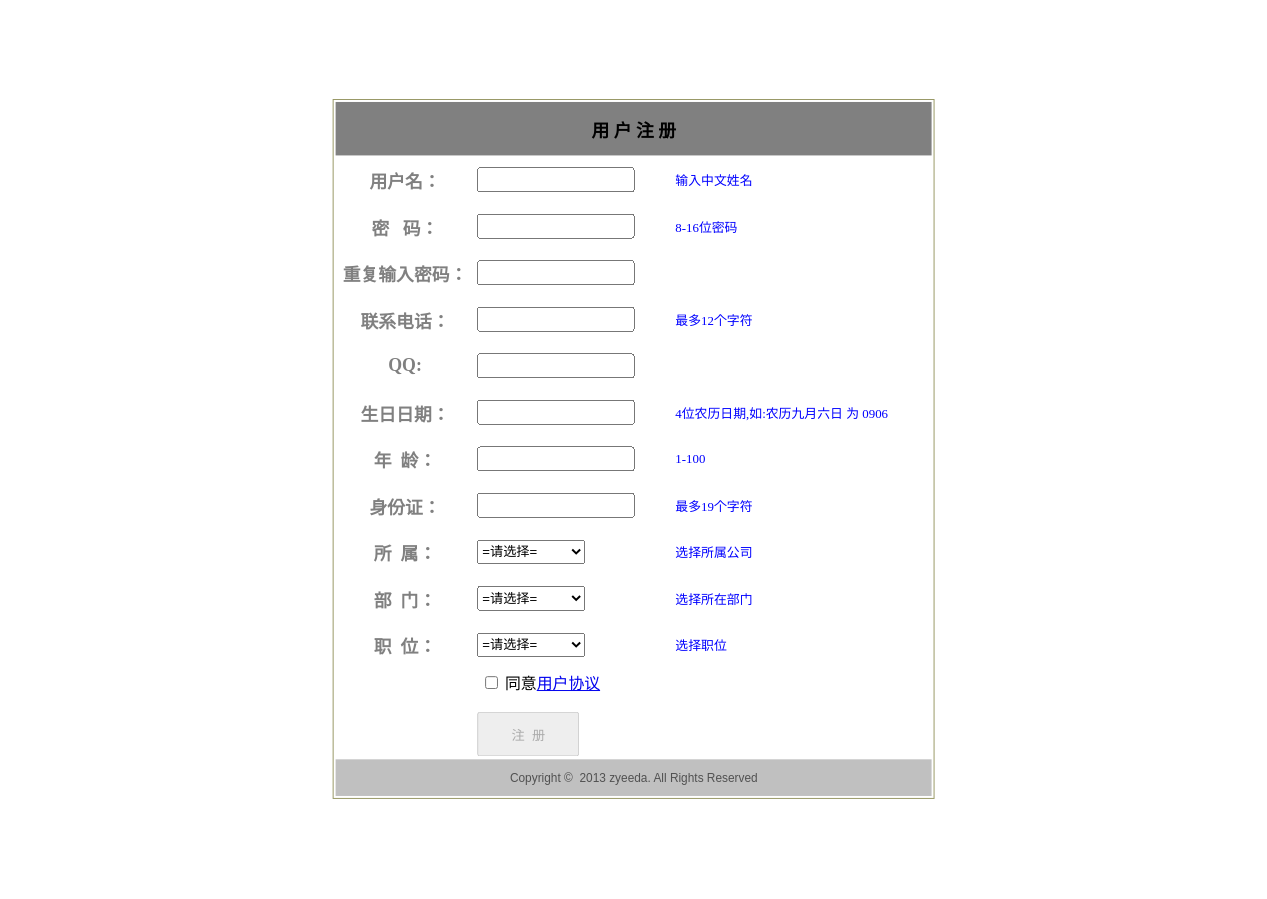
Repository: 728064001/MyProject
Page: http://localhost/CMS/register.jsp
An editor plug-in stored every save of this project. The page is shown before and after the next save, followed by the edit.
The browser window is 1280 px wide. The pictures show the whole page, at 99% of full size.
The page is served by Tomcat 9. Other server files are loaded and not shown. Queries for data that is not in the repository find no rows.

Above is the page before, as saved 2013-07-24 10:27:27.

### cms-server-code/CMS/WebRoot/register.jsp
<%@ page language="java" import="java.util.*,com.haolei.dao.CompanyNameListDAO,com.haolei.dao.DepNameListDAO,com.haolei.dao.PostNameListDAO" pageEncoding="UTF-8"%>
<%
String path = request.getContextPath();
String basePath = request.getScheme()+"://"+request.getServerName()+":"+request.getServerPort()+path+"/";
%>

<!DOCTYPE HTML PUBLIC "-//W3C//DTD HTML 4.01 Transitional//EN">
<html>
  <head>
    <base href="<%=basePath%>">

    <title>用户注册</title>

	<meta http-equiv="pragma" content="no-cache">
	<meta http-equiv="cache-control" content="no-cache">
	<meta http-equiv="expires" content="0">
	<meta http-equiv="keywords" content="keyword1,keyword2,keyword3">
	<meta http-equiv="description" content="This is my page">

	<link rel="stylesheet" type="text/css" href="css/register.css">
 </head>
<body onload="int()">

<table border="0" ellpadding="0" cellspacing="0" style="width: 100%; height: 670px">
	<tr>
		<td style="width: 379px; height: 99px"></td>
		<td style="width: 660px; height: 99px"></td>
		<td style="height: 99px; width: 379px;"></td>
	</tr>
	<tr>

		<td style="height: 238px; width: 379px">
		&nbsp;</td>
		<td style="height: 238px; width: 660px" align="left" valign="top">
		<form id="form" method="post">
		<table border="0" ellspacing="0" class="main-table-style" style="width: 100%; height: 100%">
			<tr bgcolor="#808080">
				<td colspan="3" style="height: 54px; text-align: center" class="table-head-style">
				<strong>用 户 注 册</strong></td>
			</tr>
			<tr>
				<td style="text-align: center; width: 138px; height: 45px;" class="username-style">
				<strong>用户名：</strong></td>
				<td style="height: 45px; width: 196px">
				<input name="username" id="username" type="text" style="width: 159px; height: 25px" onblur="userInputOnblur()" />
				</td>
				<td style="height: 45px" class="tagtip-style" id="usernametip">输入中文姓名</td>
			</tr>
			<tr>
				<td class="tagname-style" style="width: 138px; height: 45px;"><strong>密&nbsp;&nbsp; 码：</strong></td>
				<td style="height: 45px; width: 196px">
				<input name="password" id="password" type="password" style="width: 159px; height: 25px" onblur="passwordInputOnblur()" /></td>
				<td style="height: 45px" class="tagtip-style" id="passwordtip">8-16位密码</td>
			</tr>
			<tr>
				<td class="tagname-style" style="width: 138px; height: 45px;"><strong>重复输入密码：</strong></td>
				<td style="height: 45px; width: 196px">
				<input name="repeatpassword" id="repeatpassword" type="password" style="width: 159px; height: 25px" onblur="repeatPasswordInputOnblur()"/></td>
				<td style="height: 45px" class="tagtip-style" id="repeatpasswordtip">&nbsp;</td>
			</tr>
			<tr>
				<td class="tagname-style" style="width: 138px; height: 45px;"><strong>联系电话：</strong></td>
				<td style="height: 45px; width: 196px">
				<input name="tel" id="tel" type="text" style="width: 159px; height: 25px" onblur="telInputOnblur()" /></td>
				<td style="height: 45px" class="tagtip-style" id="teltip">最多12个字符</td>
			</tr>
			<tr>
				<td class="tagname-style" style="width: 138px; height: 45px;"><strong>QQ:</strong></td>
				<td style="height: 45px; width: 196px">
				<input name="qq" id="qq" type="text" style="width: 159px; height: 25px" onblur="qqInputOnblur()" /></td>
				<td style="height: 45px" class="tagtip-style" id="qqtip">&nbsp;</td>
			</tr>
			<tr>
				<td class="tagname-style" style="width: 138px; height: 45px;"><strong>生日日期：</strong></td>
				<td style="height: 45px; width: 196px">
				<input name="brithday" id="brithday" type="text" style="width: 159px; height: 25px" onblur="brithdayInputOnblur()"/></td>
				<td style="height: 45px" class="tagtip-style" id="brithdaytip">4位农历日期,如:农历九月六日 为 0906</td>
			</tr>
			<tr>
				<td class="tagname-style" style="width: 138px; height: 45px;"><strong>年&nbsp; 龄：</strong></td>
				<td style="height: 45px; width: 196px">
				<input name="age" id="age" type="text" style="width: 159px; height: 25px" onblur="ageInputOnblur()" /></td>
				<td style="height: 45px" class="tagtip-style" id="agetip">1-100</td>
			</tr>
			<tr>
				<td class="tagname-style" style="width: 138px; height: 45px;"><strong>身份证：</strong></td>
				<td style="height: 45px; width: 196px">
				<input name="card" id="card" type="text" style="width: 159px; height: 25px" onblur="cardInputOnblur()" /></td>
				<td style="height: 45px" class="tagtip-style" id="cardtip">最多19个字符</td>
			</tr>
			<tr>
				<td class="tagname-style" style="width: 138px; height: 45px;"><strong>所&nbsp;
				属：</strong></td>
				<td style="height: 45px; width: 196px">
					<select name="comp" id="comp" style="width: 109px; height: 25px" onblur="componblur()" >
					<option value="=请选择=">=请选择=</option>
					<%
					CompanyNameListDAO companynamelistdao = new CompanyNameListDAO();
					List companynamelist = companynamelistdao.returnCompanyNameList();
					%>
					<%
						for(int i=0;i<companynamelist.size();i++){
					%>
					<option><%=companynamelist.get(i) %></option>
					<%}%>
					</select></td>
				<td style="height: 45px" class="tagtip-style" id="comptip">选择所属公司</td>
			</tr>
			<tr>
				<td class="tagname-style" style="width: 138px; height: 45px;"><strong>部&nbsp; 门：</strong></td>
				<td style="height: 45px; width: 196px" align="left" valign="middle">
					<select name="dep" id="dep" style="width: 109px; height: 25px" onblur="deponblur()">
					<option value="=请选择=">=请选择=</option>
					<%
					DepNameListDAO depnamelistdao = new DepNameListDAO();
					List depnamelist = depnamelistdao.returnDepNameList();
					%>
					<%
						for(int x=0;x<depnamelist.size();x++){
					%>
					<option><%=depnamelist.get(x) %></option>
					<%}%>
					</select>
				</td>
				<td style="height: 45px" class="tagtip-style" id="deptip">选择所在部门</td>
			</tr>
			<tr>
				<td class="tagname-style" style="width: 138px; height: 45px;"><strong>职&nbsp; 位：</strong></td>
				<td style="height: 45px; width: 196px">
				<select name="post" id="post" style="width: 109px; height: 25px" onblur="postonblur()">
				<option value="=请选择=">=请选择=</option>
				<%
					PostNameListDAO postnamelistdao = new PostNameListDAO();
					List postNameList = postnamelistdao.returnPostNameList();
					int postNameListLength = postNameList.size();
				%>
				<%
					for(int o = 0;o<postNameListLength;o++){
				%>
				<option><%=postNameList.get(o)%></option>
				<%}%>
				</select></td>
				<td style="height: 45px" class="tagtip-style" id="posttip">选择职位</td>
			</tr>
			<tr>
				<td class="td-font-style" style="width: 138px; height: 88px;"></td>
				<td style="height: 88px; width: 196px"><span>&nbsp;<input name="xieyi" id="xieyi" type="checkbox" onchange="checkboxonchange()" />
				<span class="style9">同意</span><a href="xieyi.html" target="_blank"><span class="style9">用户协议</span></a><span class="style9">&nbsp;
				</span>				</span><br/><br/>
					<input name="regist" id="regbut" type="submit" value="注  册" style="width: 103px; height: 45px" onclick="return register()"/>	</td>
				<td style="height: 88px" valign="bottom">&nbsp;</td>
			</tr>
			<tr>
				<td class="td-font-style" style="height: 37px;" colspan="3" bgcolor="#C0C0C0">
		<span style="color: rgb(81, 81, 81); font-family: Arial; font-size: 12px; font-style: normal; font-variant: normal; font-weight: normal; letter-spacing: normal; line-height: 24px; orphans: 2; text-align: center; text-indent: 0px; text-transform: none; white-space: normal; widows: 2; word-spacing: 0px; -webkit-text-size-adjust: auto; -webkit-text-stroke-width: 0px; display: inline !important; float: none;">
		Copyright ©&nbsp; 2013 zyeeda. All Rights Reserved</span></td>
			</tr>
		</table>
		</form>
		</td>
		<td style="height: 238px; width: 379px;"></td>
	</tr>
	<tr>
		<td style="width: 379px; height: 84px;"></td>
		<td style="width: 660px; height: 84px;"></td>
		<td style="height: 84px; width: 379px;"></td>
	</tr>
</table>
<script type="text/javascript" src="js/register.js"></script>
</body>
</html>

### cms-server-code/CMS/src/com/haolei/dao/CompanyNameListDAO.java
package com.haolei.dao;

import java.sql.Connection;
import java.sql.PreparedStatement;
import java.sql.ResultSet;
import java.util.ArrayList;
import java.util.List;

import com.haolei.entity.Company;

public class CompanyNameListDAO {

	public List returnCompanyNameList(){
		Connection conn = Dbconn.getconn();
		PreparedStatement pstm = null;
		ResultSet res = null;
		Company company = null;
		List companyList = new ArrayList();
		String queryCompanyNameStr = "select companyname from company_tab";
		try{
			pstm = conn.prepareStatement(queryCompanyNameStr);
			res = pstm.executeQuery();
			while(res.next()){
				company = new Company();
				company.setCompanyName(res.getString(1));
				companyList.add(company.getCompanyName());
			}
		}catch(Exception e){
			e.printStackTrace();
		}finally{
			Dbconn.closeALL(conn, pstm, res);
		}


		return companyList;
	}
	/**
	 *
	 * @param test
	 */
	public static void main(String[] args) {
		CompanyNameListDAO dnyd = new CompanyNameListDAO();
		List li = dnyd.returnCompanyNameList();
		System.out.println(li.get(0));
	}
}

### cms-server-code/CMS/src/com/haolei/dao/Dbconn.java
package com.haolei.dao;

import java.sql.Connection;
import java.sql.DriverManager;
import java.sql.PreparedStatement;
import java.sql.ResultSet;
import java.sql.SQLException;

public class Dbconn {
	private static String DRIVER = "com.mysql.jdbc.Driver";
	private static String URL = "jdbc:mysql://localhost:3306/cms_db";
	private static String NAME = "root";
	private static String PASS	= "zyeeda";

	public static Connection conn = null;
	public static PreparedStatement pstm=null;
	public static ResultSet res=null;

	public static Connection getconn(){
		try{
			Class.forName(DRIVER);
			conn = DriverManager.getConnection(URL,NAME,PASS);
		}catch(Exception e){

		}
		return conn;
	}

	public static void closeALL(Connection conn,PreparedStatement pstm, ResultSet rs){
		try {
			if(res!=null){res.close();}
			if(pstm!=null){pstm.close();}
			if(conn!=null){conn.close();}
		} catch (SQLException e) {
			e.printStackTrace();
		}
	}
}

### cms-server-code/CMS/src/com/haolei/dao/DepNameListDAO.java
package com.haolei.dao;

import java.sql.Connection;
import java.sql.PreparedStatement;
import java.sql.ResultSet;
import java.util.ArrayList;
import java.util.List;

import com.haolei.entity.Dep;

public class DepNameListDAO {
	public List returnDepNameList(){
		Connection conn = Dbconn.getconn();
		PreparedStatement pstm = null;
		ResultSet res = null;
		Dep dep;
		List depList = new ArrayList();
		String queryDepNameStr = "select dep from dep_tab";
		try{
			pstm = conn.prepareStatement(queryDepNameStr);
			res = pstm.executeQuery();
			while(res.next()){
				dep = new Dep();
				dep.setDep(res.getString(1));
				depList.add(dep.getDep());
			}
		}catch(Exception e){
			e.printStackTrace();
		}finally{
			Dbconn.closeALL(conn, pstm, res);
		}

		return depList;
	}
	/**
	 *
	 * @param test
	 */
	public static void main(String[] args){
		DepNameListDAO depnamelistdao = new DepNameListDAO();
		try {
			List li = depnamelistdao.returnDepNameList();
			System.out.println(li.size());
		} catch (Exception e) {
			// TODO Auto-generated catch block
			e.printStackTrace();
		}
	}
}

### cms-server-code/CMS/src/com/haolei/dao/PostNameListDAO.java
package com.haolei.dao;

import java.sql.Connection;
import java.sql.PreparedStatement;
import java.sql.ResultSet;
import java.util.ArrayList;
import java.util.List;

import com.haolei.entity.Post;

public class PostNameListDAO {
	public List returnPostNameList(){
		Connection conn = Dbconn.getconn();
		PreparedStatement pstm = null;
		ResultSet res = null;
		Post post = null;
		List postNameList = new ArrayList();
		String queryPostNameStr = "select post from post_tab";
		try{
			pstm = conn.prepareStatement(queryPostNameStr);
			res = pstm.executeQuery();
			while(res.next()){
				post = new Post();
				post.setPost(res.getString(1));
				postNameList.add(post.getPost());
			}
		}catch(Exception e){
			e.printStackTrace();
		}finally{
			Dbconn.closeALL(conn, pstm, res);
		}
		return postNameList;
	}
}

### cms-server-code/CMS/WebRoot/css/register.css
@CHARSET "UTF-8";
 body{
	margin:0;
	padding:0;
}
.main-table-style {
	border: 1px solid #999966;
}
.td-font-style {
	text-align: center;
}
.table-head-style {
	font-family: 华文琥珀;
	font-size: large;
}
.username-style {
	font-size: large;
	font-family: 黑体;
	color: #808080;
}
.tagname-style {
	text-align: center;
	font-family: 黑体;
	font-size: large;
	color: #808080;
}
.tagtip-style {
	font-size: small;
	color: #0000FF;

}
. table-td-text-style{
	font-size: small;
}
.radio-text{
	font-size: small;
}

Loaded but not shown: cms-server-code/CMS/WebRoot/js/register.js (474 lines, source omitted)

After the next save:
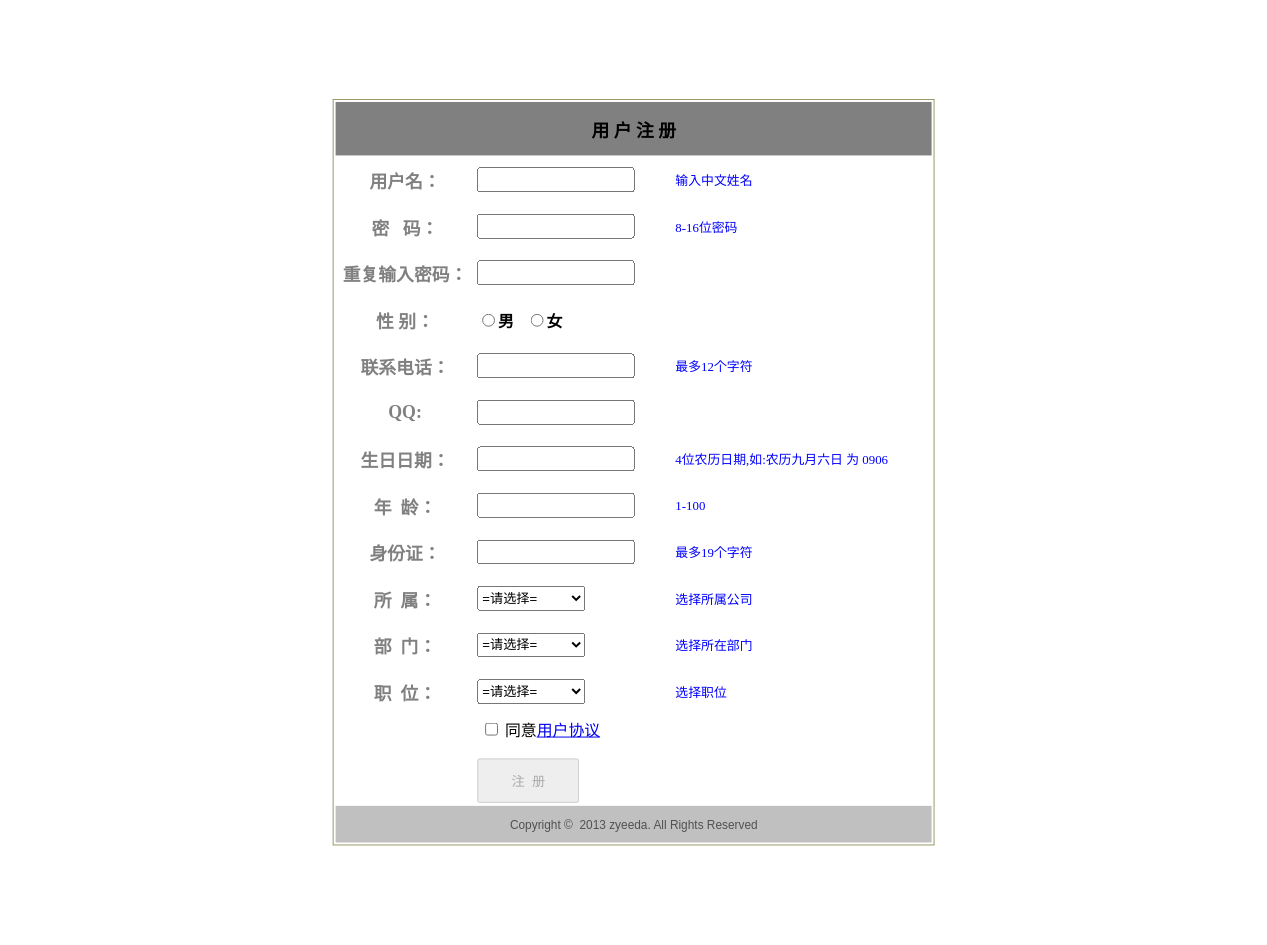
Saved 41 h 55 min later.
--- a/cms-server-code/CMS/WebRoot/register.jsp
+++ b/cms-server-code/CMS/WebRoot/register.jsp
@@ -58,6 +58,19 @@ String basePath = request.getScheme()+"://"+request.getServerName()+":"+request.
 				<input name="repeatpassword" id="repeatpassword" type="password" style="width: 159px; height: 25px" onblur="repeatPasswordInputOnblur()"/></td>
 				<td style="height: 45px" class="tagtip-style" id="repeatpasswordtip">&nbsp;</td>
 			</tr>
+			<tr>
+				<td class="tagname-style" style="width: 138px; height: 45px;">
+				<strong>性 别：</strong></td>
+				<td style="height: 45px; width: 196px">
+				<strong>
+				<input class="style1" name="sex" type="radio" /></strong><span class="style1"><strong>男&nbsp;&nbsp;
+				</strong></span><strong>
+				<input class="style1" name="sex" type="radio" /><span class="style1">女</span></strong></td>
+				<td style="height: 45px" class="tagtip-style" id="repeatpasswordtip">
+				&nbsp;</td>
+			</tr>
+
+
 			<tr>
 				<td class="tagname-style" style="width: 138px; height: 45px;"><strong>联系电话：</strong></td>
 				<td style="height: 45px; width: 196px">
